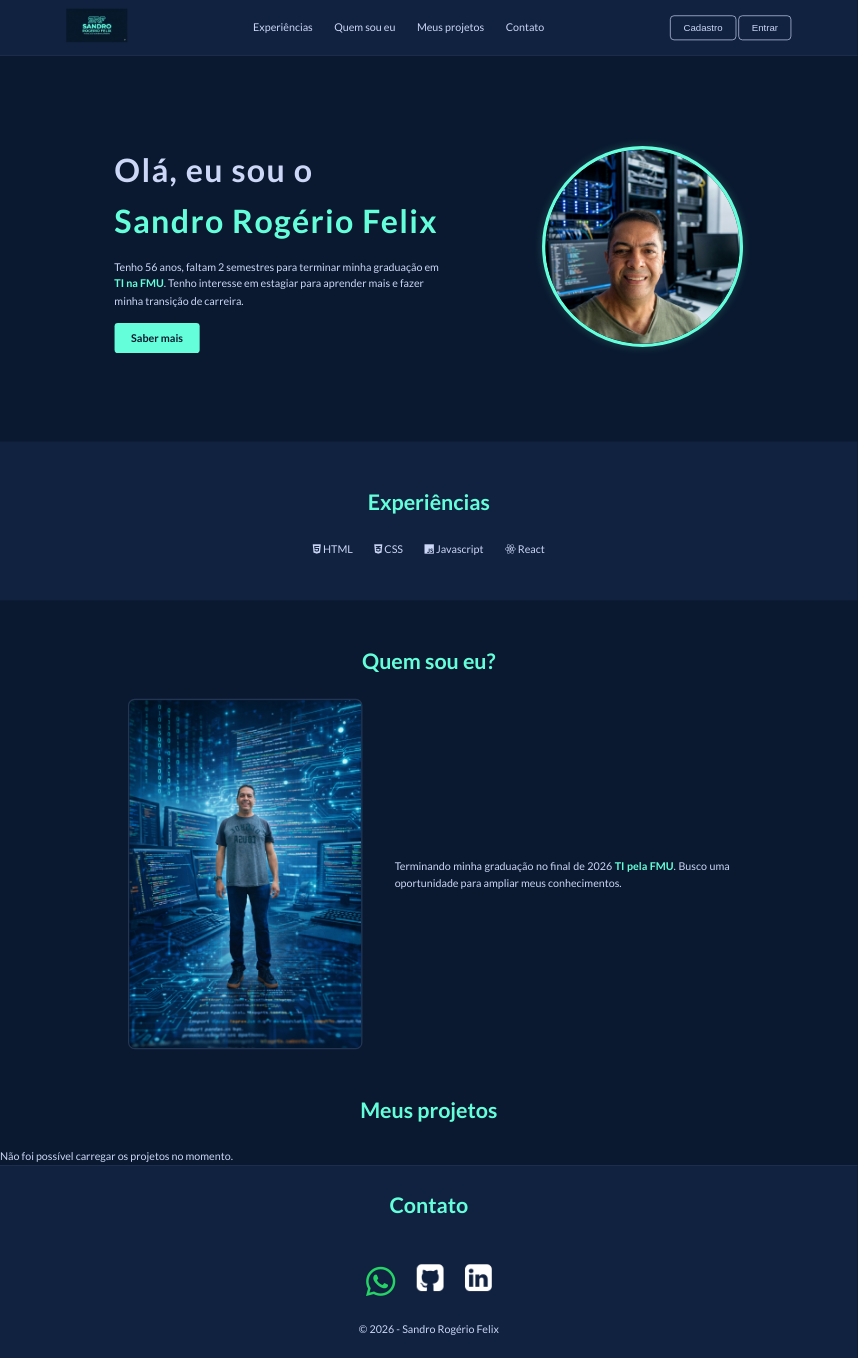
Repository: Sandro1969-tech/portifolio-Sandro
Page: index.html
An editor plug-in stored every save of this project. The page is shown before and after a run of saves, followed by the edit.
The browser window is 1280 px wide. The pictures show the whole page, at 67% of full size.
The page's requests for data from a server got no answer.

Above is the page before, as saved 2026-07-20 17:57:36.

After the next 2 saves:
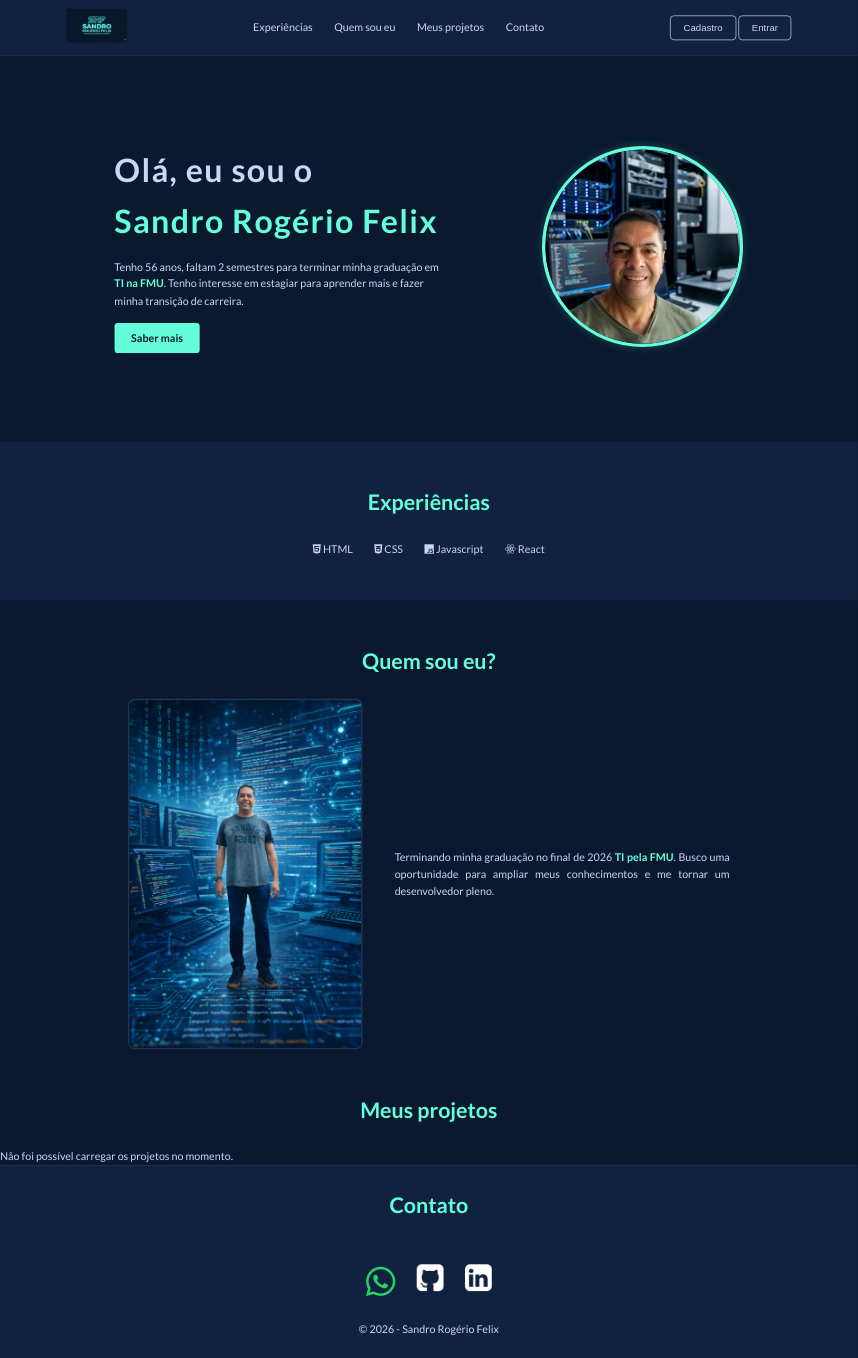
The 2 saves are shown as one change because they came seconds apart.
The last was saved 8 s later.
--- a/index.html
+++ b/index.html
@@ -56,7 +56,7 @@
             <div>
 <img class="quem-sou-eu" src="image/tech.png" alt="Tecnologia">                <p>
                     Terminando minha graduação no final de 2026 <strong>TI pela FMU</strong>.
-                    Busco uma oportunidade para ampliar meus conhecimentos.
+                    Busco uma oportunidade para ampliar meus conhecimentos e me tornar um desenvolvedor pleno.
                 </p>
             </div>
         </section>
